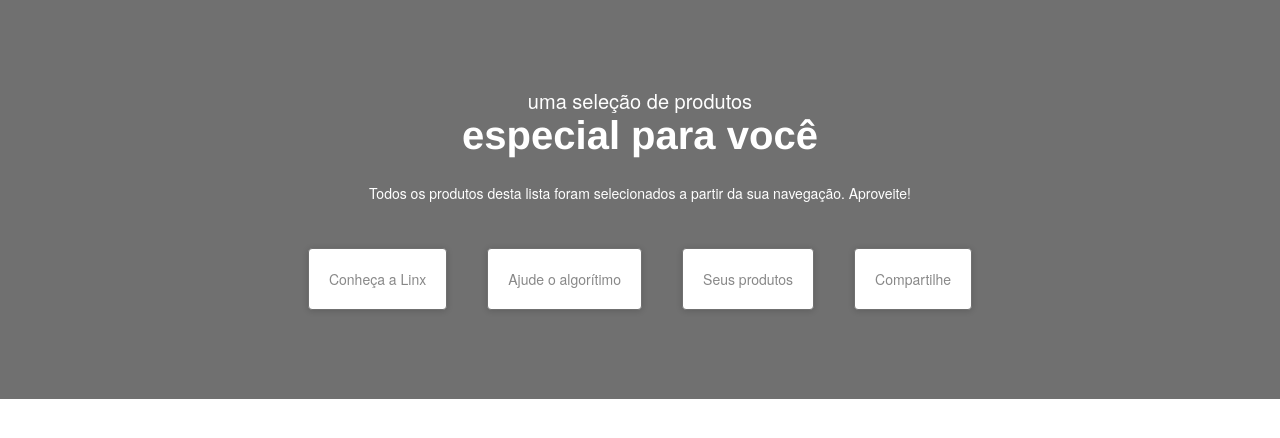
Repository: danielpellicano/front-end-developer-test-linx-2020
Page: index.html
An editor plug-in stored every save of this project. The page is shown before and after the next save, followed by the edit.
The browser window is 1280 px wide. The pictures show the whole page.
Some web fonts or font styles are not loaded; a fallback is used.

Above is the page before, as saved 2020-09-01 12:17:41.

After the next save:
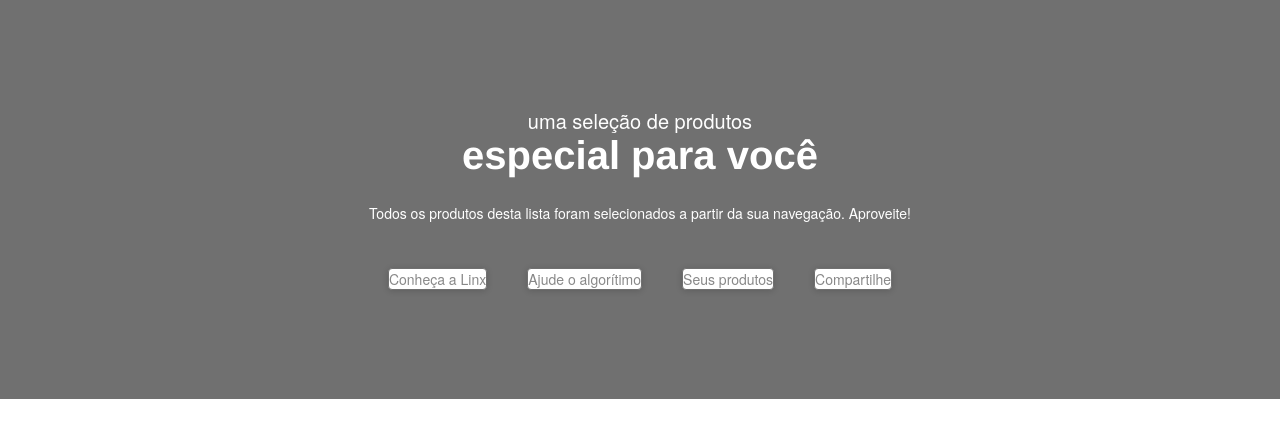
Saved 80 s later.
--- a/css/style.css
+++ b/css/style.css
@@ -153,7 +153,7 @@ body {
 
 #header nav ul li a {
     display: block;
-    padding: 20px;
+    padding: 11 30px;
     background: #fff;
     margin: 0 20px;
     border-radius: 4px;
